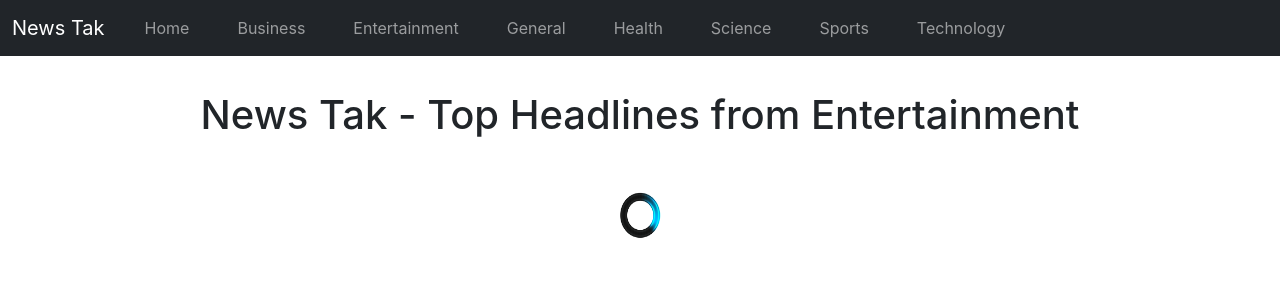
Repository: Rohit-foryou/News-website
Page: /entertainment
An editor plug-in stored every save of this project. The page is shown before and after the next save, followed by the edit.
The browser window is 1280 px wide. The pictures show the whole page.
The page's requests for data from a server got no answer. The project was rebuilt for these pictures with package versions that can differ from the ones it lists, and the page was loaded fresh each time. No one was signed in, and anything a server would have sent is missing. Also part of the build but not shown: src/Components/NewsItem.js.

Above is the page before, as saved 2024-01-11 23:14:08.

After the next save:
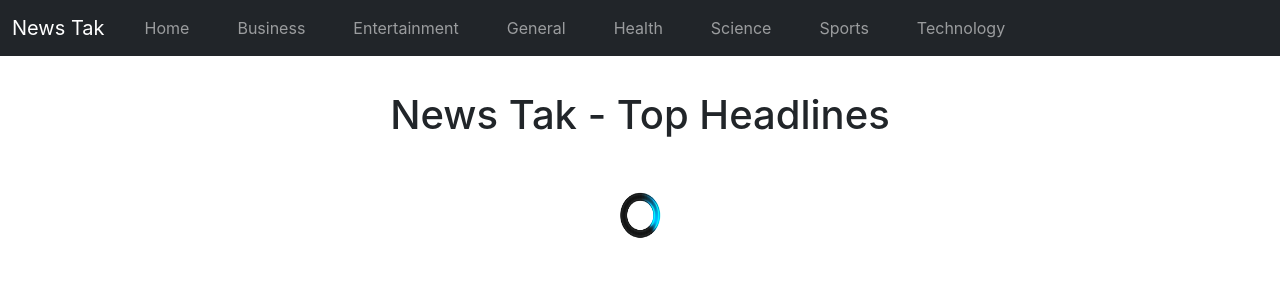
Saved 76 s later.
--- a/src/Components/News.js
+++ b/src/Components/News.js
@@ -20,19 +20,14 @@ export class News extends Component {
     category: PropTypes.string,
   }
 
-  capitalizeFirstLetter = (string) => {
-    return string.charAt(0).toUpperCase() + string.slice(1);
-  }
-
-  constructor(props) {
-    super(props);
+  constructor() {
+    super();
     // console.log("hello i am constructor");
     this.state = {
       articles: [],
       loading: false,
       page: 1,
     };
-    document.title = `${this.capitalizeFirstLetter(this.props.category)} - News Tak`;
   }
 
 
@@ -42,84 +37,83 @@ export class News extends Component {
   }
 
   handleNextClick = async () => {
-    this.setState({ page: this.state.page + 1 });
+    this.setState({page: this.state.page+1});
     this.update();
 
   };
 
 
   handlePrevClick = async () => {
-    this.setState({ page: this.state.page - 1 });
+    this.setState({page: this.state.page-1});
     this.update();
   };
 
   async update() {
-    this.props.setProgress(0);
+      this.props.setProgress(0);
+      const url = `https://newsapi.org/v2/top-headlines?country=${this.props.country}&category=${this.props.category}&apiKey=fa3dbec13bb44cd2a222250b4aea8871&page=${this.state.page - 1}&pageSize=${this.props.pageSize}`;
+
+      this.setState({loading: true});
+      let data = await fetch(url);
+      let parsedData = await data.json();
+
+      this.setState({
+        totalResults: parsedData.articles,
+        articles: parsedData.articles,
+        loading: false,
+      });
+      this.props.setProgress(100);
+
+  };
+
+  fetchMoreData = async () => {
+    this.setState({page: this.state.page+1})
     const url = `https://newsapi.org/v2/top-headlines?country=${this.props.country}&category=${this.props.category}&apiKey=fa3dbec13bb44cd2a222250b4aea8871&page=${this.state.page - 1}&pageSize=${this.props.pageSize}`;
 
-    this.setState({loading: true});
-    let data = await fetch(url);
-    let parsedData = await data.json();
+      this.setState({loading: true});
+      let data = await fetch(url);
+      let parsedData = await data.json();
 
-    this.setState({
-      totalResults: parsedData.articles,
-      articles: parsedData.articles,
-      loading: false,
-    });
-    this.props.setProgress(100);
-
-};
-
-  fetchMoreData = async () => {
-    this.setState({ page: this.state.page + 1 })
-    const url = `https://newsapi.org/v2/top-headlines?country=${this.props.country}&category=${this.props.category}&apiKey=fa3dbec13bb44cd2a222250b4aea8871&page=${this.state.page - 1}&pageSize=${this.props.pageSize}`;
-
-    this.setState({ loading: true });
-    let data = await fetch(url);
-    let parsedData = await data.json();
-
-    this.setState({
-      totalResults: parsedData.totalResults,
-      articles: this.state.articles.concat(parsedData.articles),
-      loading: false,
-    });
+      this.setState({
+        totalResults: parsedData.totalResults,
+        articles: this.state.articles.concat(parsedData.articles),
+        loading: false,
+      });
   };
 
 
   render() {
     return (
       <>
-        <h1 className="text-center" style={{ margin: '35px 0px' }}>News Tak - Top Headlines from {this.capitalizeFirstLetter(this.props.category)}</h1>
+        <h1 className="text-center" style={{margin: '35px 0px'}}>News Tak - Top Headlines</h1>
         {/* {this.state.loading && <Spinner/>} */}
 
         <InfiniteScroll
           dataLength={this.state.articles.length}
           next={this.fetchMoreData}
           hasMore={this.state.articles.length !== this.state.totalResults}
-          loader={<Spinner />}>
+          loader={<Spinner/>}>
 
-
-          <div className="container">
-            <div className="row">
-              {this.state.articles.map((element) => {
-                return (
-                  <div className="col-md-4" key={element.url}>
-                    <NewsItem
-                      title={element.title ? element.title.slice(0, 100) : ""}
-                      description={
-                        element.description ? element.description.slice(0, 83) : ""
-                      }
-                      imgUrl={element.urlToImage}
-                      newsUrl={element.url}
-                      author={element.author}
-                      date={element.publishedAt}
-                      source={element.source.name}
-                    />
-                  </div>
-                );
-              })}
-            </div>
-          </div>
+        <div className="container">
+        <div className="row">
+          {this.state.articles.map((element) => {
+            return (
+              <div className="col-md-4" key={element.url}>
+                <NewsItem
+                  title={element.title ? element.title.slice(0, 45) : ""}
+                  description={
+                    element.description ? element.description.slice(0, 83) : ""
+                  }
+                  imgUrl={element.urlToImage}
+                  newsUrl={element.url}
+                  author={element.author}
+                  date={element.publishedAt}
+                  source={element.source.name}
+                  />
+              </div>
+            );
+          })}
+        </div>
+        </div>
         </InfiniteScroll>
 
       </>
